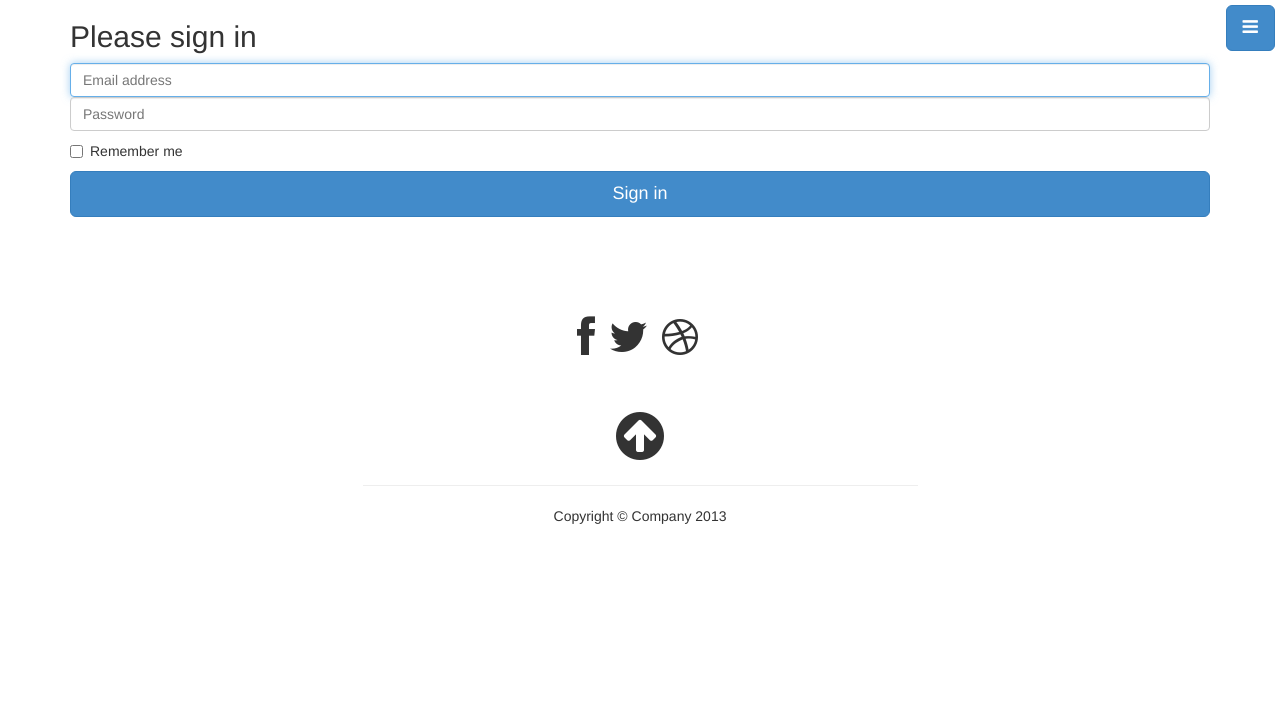
Repository: rajisreehari/sr
Page: http://localhost/SRWeb/WEB-INF/views/sr/signin.jsp
An editor plug-in stored every save of this project. The page is shown before and after the next save, followed by the edit.
The browser window is 1280 px wide. The pictures show the whole page.
The page is served by Tomcat 9. Nobody is signed in. The template is opened directly, without the code that normally fills it, so the values that code supplies are empty.

Above is the page before, as saved 2014-07-16 22:41:20.

After the next save:
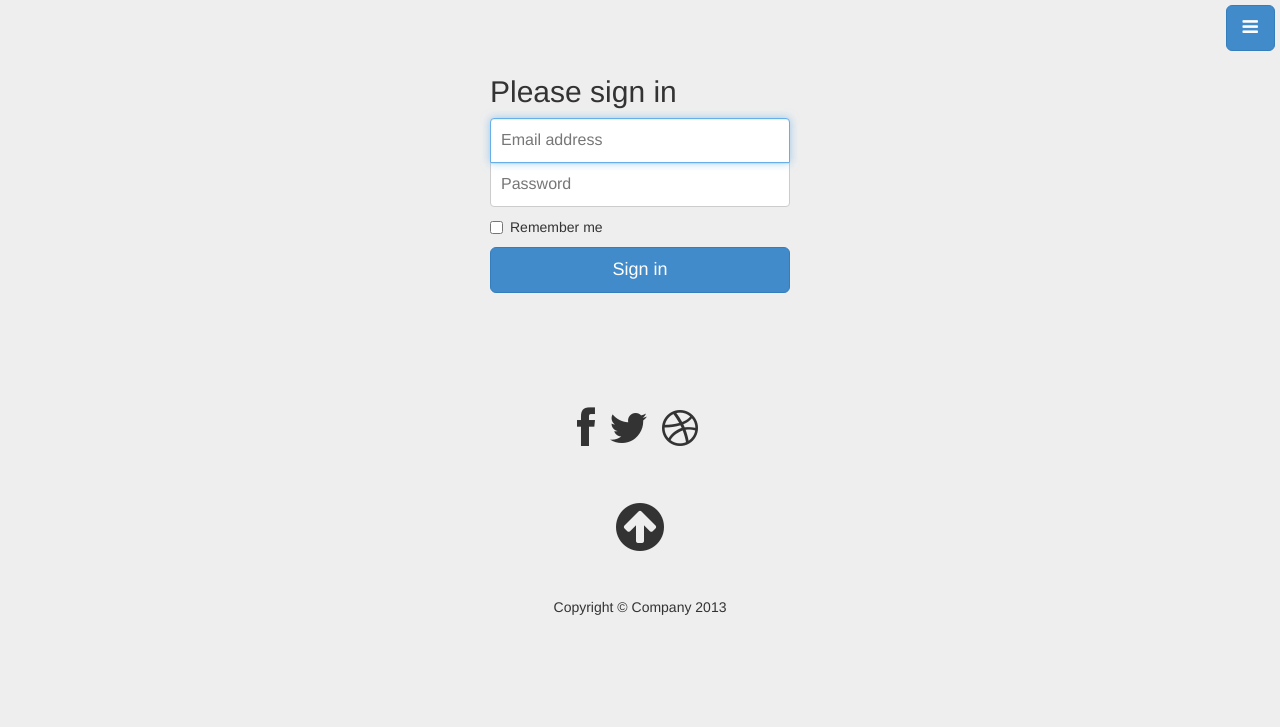
Saved 37 s later.
--- a/SRWeb/WebContent/WEB-INF/views/common/head.jsp
+++ b/SRWeb/WebContent/WEB-INF/views/common/head.jsp
@@ -15,7 +15,7 @@
     <!-- Bootstrap core CSS -->
     <link href="<c:url value='/static/css/bootstrap.css'/>" rel="stylesheet">
 
-
+    <link href="<c:url value='/static/css/signin.css'/>" rel="stylesheet">
 
     <!-- Add custom CSS here -->
     <link href="<c:url value='/static/css/stylish-portfolio.css'/>" rel="stylesheet">
